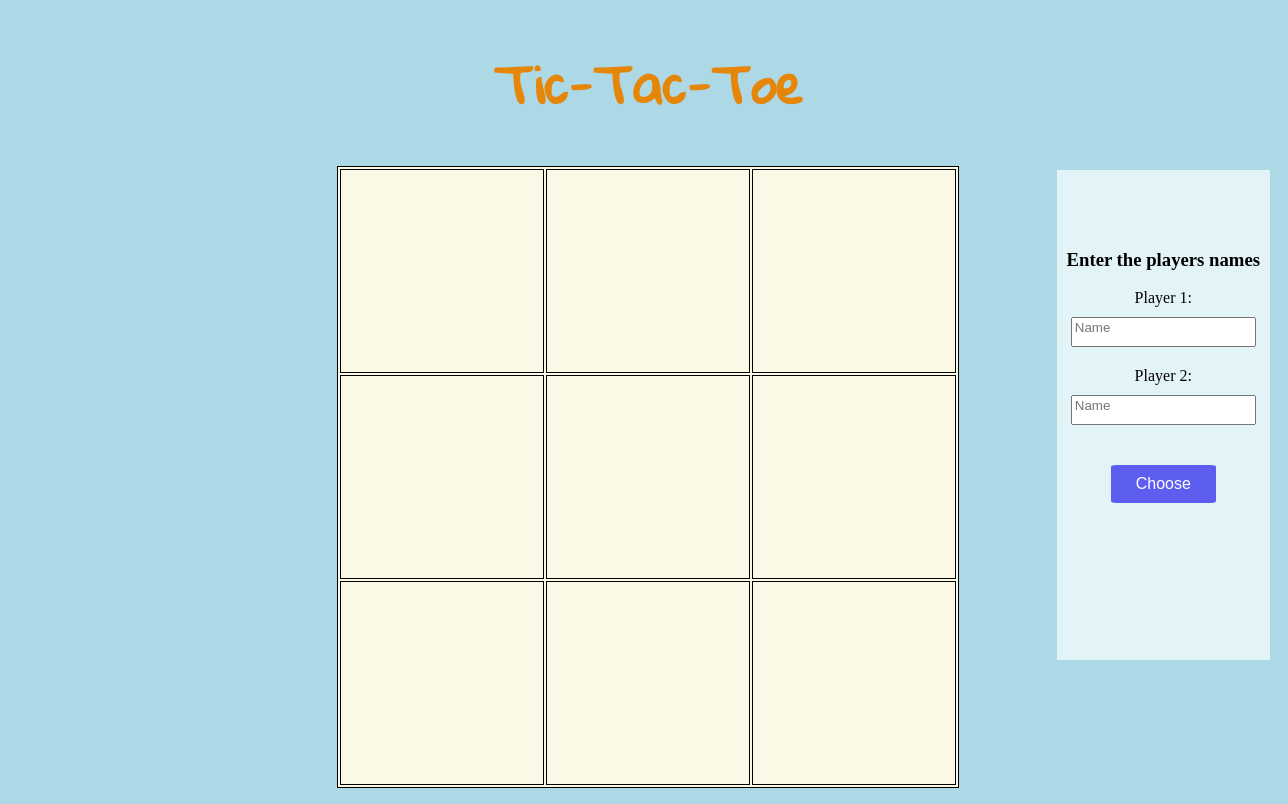
Repository: Chris-Paisley/tic-tac-toe-finished
Page: index.html
The author's editor kept a record of every edit. The page is drawn from the files as they stood at one moment, then again after the next edit.
The browser window is 1280 px wide. The page is 1288 px wide, then 1280 px, then 1288 px, so the pictures cover 1288 px, including what lies to the right of the window. The pictures show the whole page.

Above is the page before.

After the next edit:
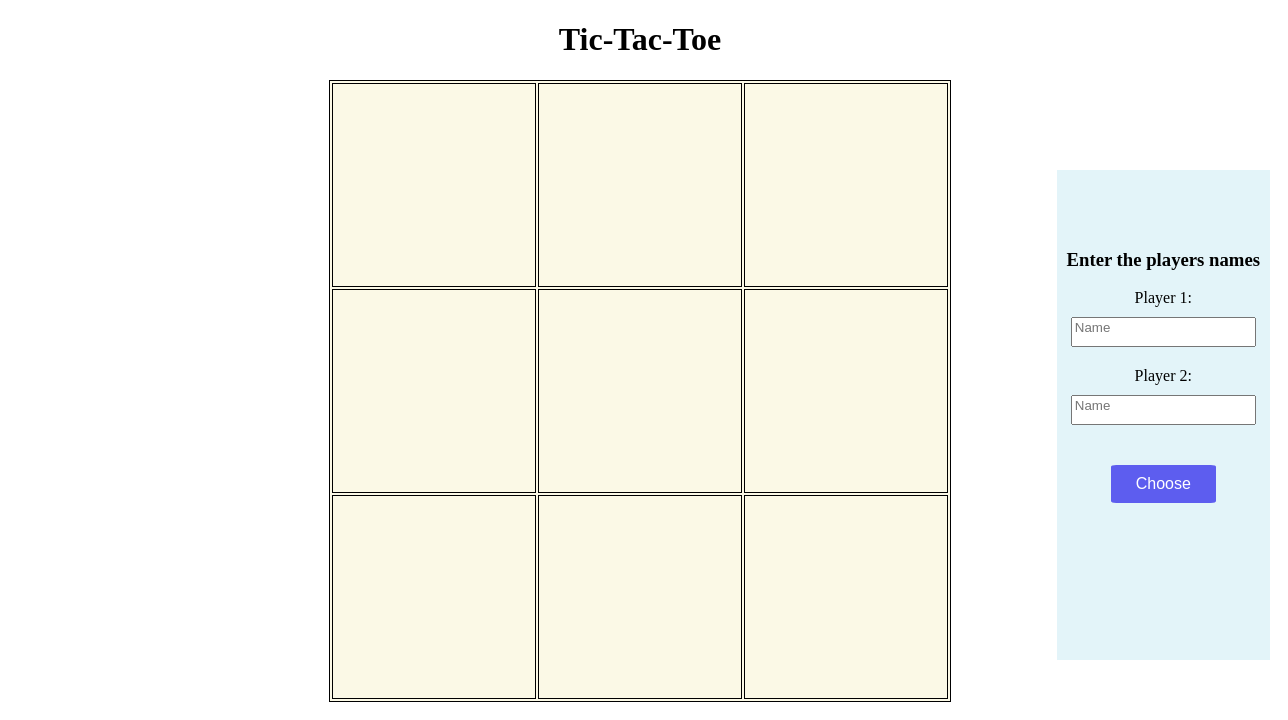
The edit:
--- a/home.css
+++ b/home.css
@@ -14,18 +14,6 @@
 td {
     height: 200px;
     width: 200px;
-}
-
-body {
-    background-color: #add8e6;
-    width: 100%;
-
-}
-
-h1 {
-    font-family: 'Gloria Hallelujah', cursive;
-    font-size: 50px;
-    color: #e58609;
 }
 
 .playerDiv, h4, h1, table, td {

After the edit that followed:
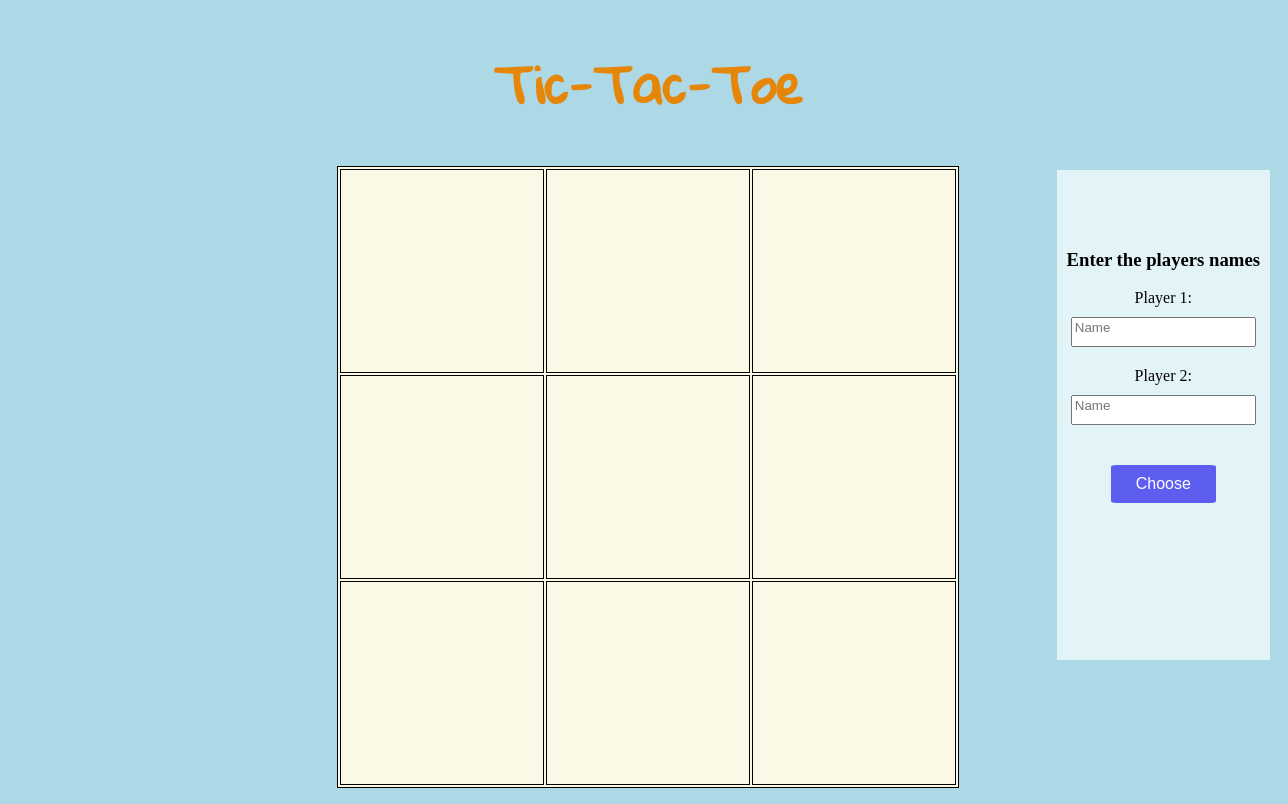
The edit:
--- a/home.css
+++ b/home.css
@@ -1,3 +1,15 @@
+body {
+    background-color: #add8e6;
+    width: 100%;
+
+}
+
+h1 {
+    font-family: 'Gloria Hallelujah', cursive;
+    font-size: 50px;
+    color: #e58609;
+}
+
 table, td {
     border: 1px solid black;
     margin: 0 auto;
